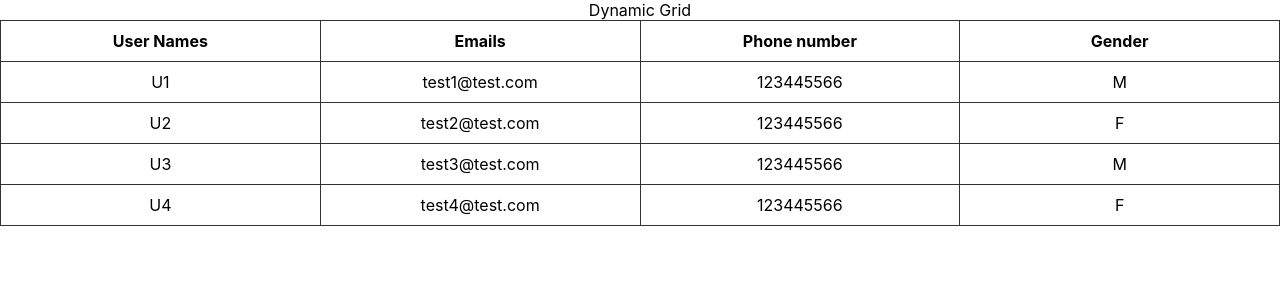
Repository: mayank-tavisca/dynamic-grids
Page: /
An editor plug-in stored every save of this project. The page is shown before and after the next save, followed by the edit.
The browser window is 1280 px wide. The pictures show the whole page.
The project was rebuilt for these pictures with package versions that can differ from the ones it lists, and the page was loaded fresh each time.

Above is the page before, as saved 2020-02-04 11:33:41.

After the next save:
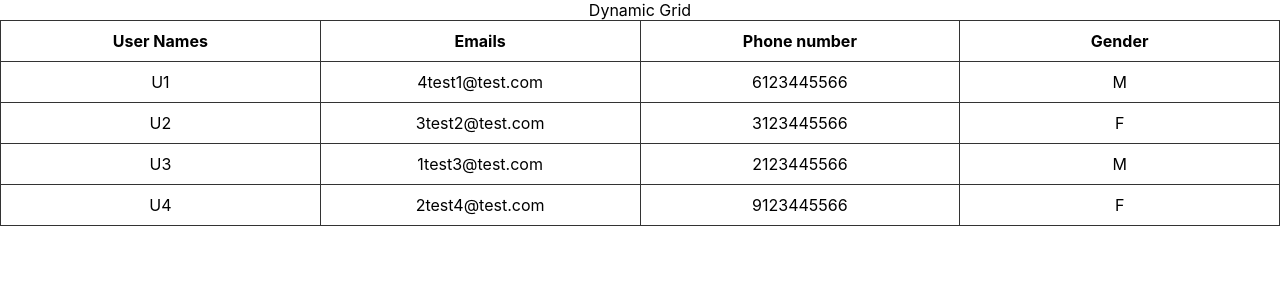
Saved 30 s later.
--- a/src/App.tsx
+++ b/src/App.tsx
@@ -11,10 +11,30 @@ const Data = {
     { label: "Gender", value: "gender" }
   ],
   tableData: [
-    { username: "U1", email: "test1@test.com", number: 123445566, gender: "M" },
-    { username: "U2", email: "test2@test.com", number: 123445566, gender: "F" },
-    { username: "U3", email: "test3@test.com", number: 123445566, gender: "M" },
-    { username: "U4", email: "test4@test.com", number: 123445566, gender: "F" }
+    {
+      username: "U1",
+      email: "4test1@test.com",
+      number: 6123445566,
+      gender: "M"
+    },
+    {
+      username: "U2",
+      email: "3test2@test.com",
+      number: 3123445566,
+      gender: "F"
+    },
+    {
+      username: "U3",
+      email: "1test3@test.com",
+      number: 2123445566,
+      gender: "M"
+    },
+    {
+      username: "U4",
+      email: "2test4@test.com",
+      number: 9123445566,
+      gender: "F"
+    }
   ],
   styles: {},
   pagination: {},
